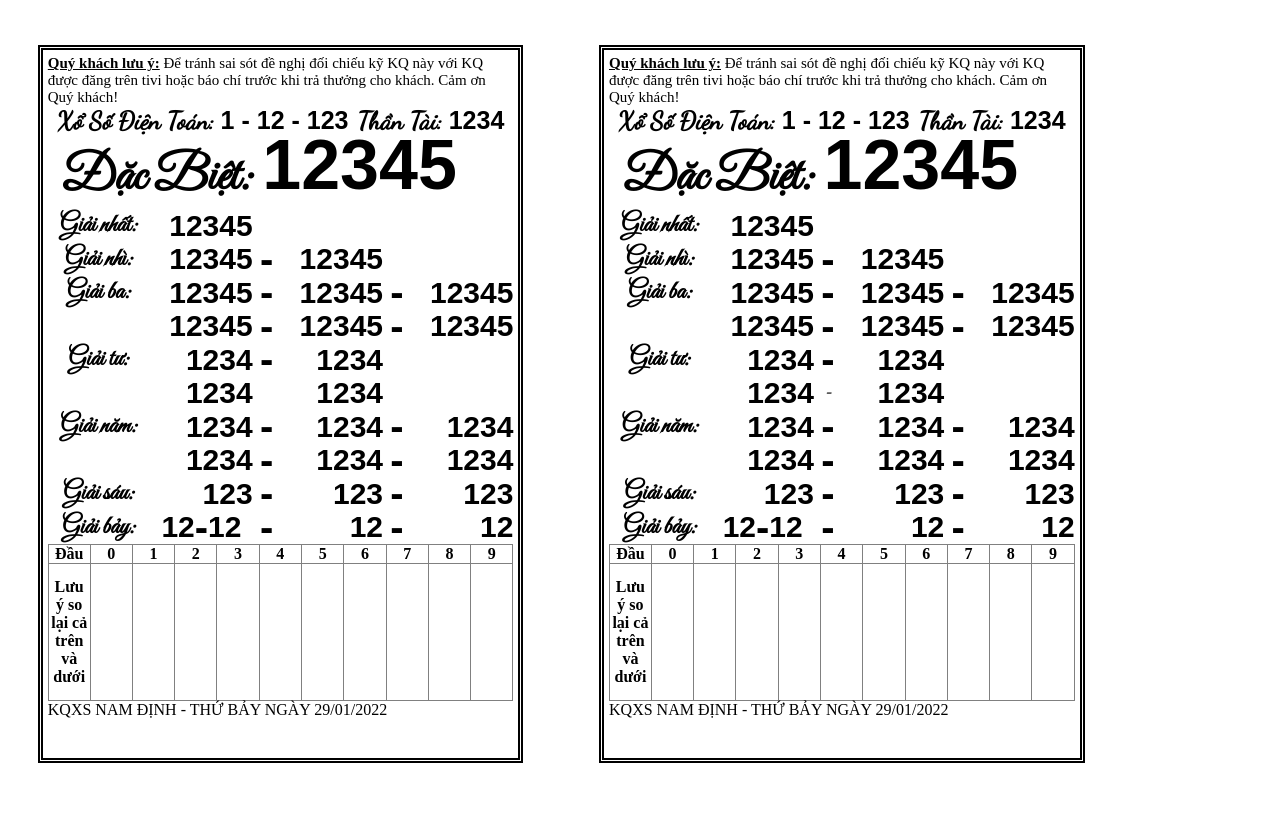
Repository: AnhDuc0125/xskt123
Page: index.html
These files come from the project's save history. The page is drawn as it stood at one moment and after the next save; the edit follows.
The browser window is 1280 px wide. The pictures show the whole page.
The page's requests for data from a server got no answer. Some web fonts or font styles are not loaded; a fallback is used.

Above is the page before, as saved 2022-01-29 18:29:54.

After the next save:
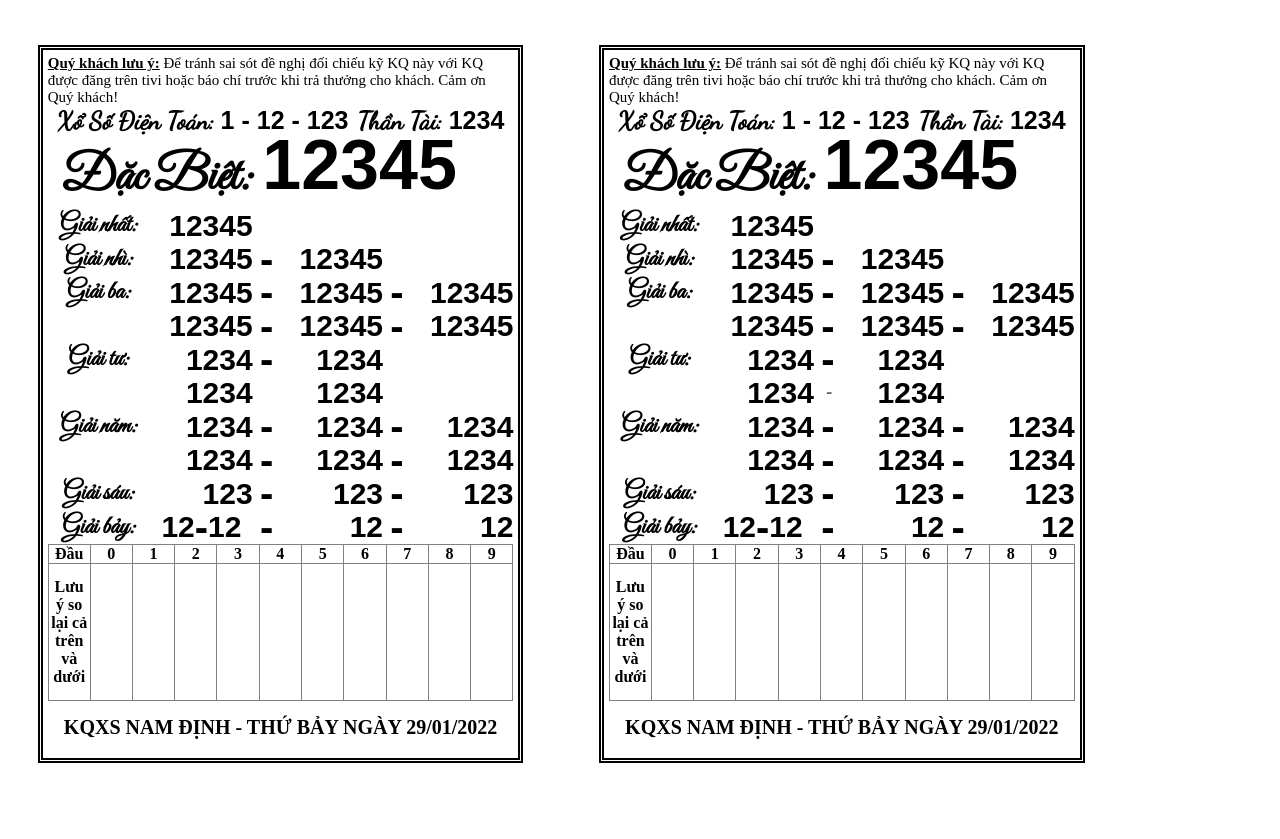
Saved 63 s later.
--- a/style.css
+++ b/style.css
@@ -153,4 +153,10 @@ th.cols {
 .footer--2 {
   width: 100%;
   height: 25%;
+  font-family: "Andada Pro", serif;
+  font-weight: bolder;
+  font-size: 20px;
+  display: flex;
+  justify-content: center;
+  align-items: center;
 }
